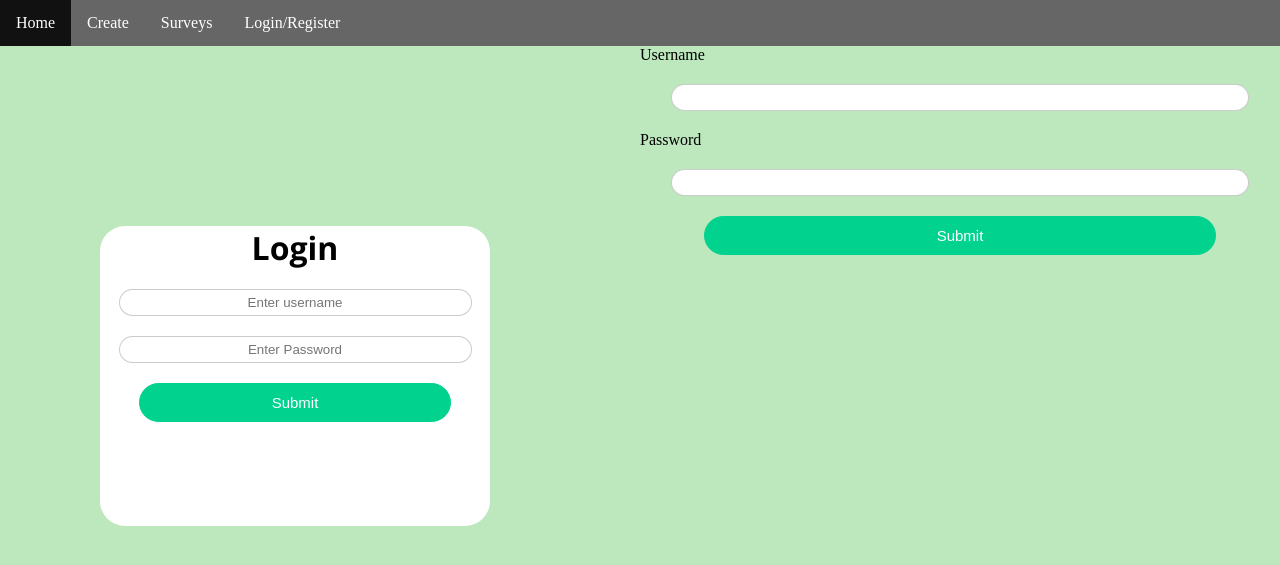
Repository: cakuang1/QuickSurveyReact
Page: /login
The author's editor kept a copy of each file at every save. The page is drawn from the files as they stood at one save, then again after the next save.
The browser window is 1280 px wide. The pictures show the whole page.
The project was rebuilt for these pictures with package versions that can differ from the ones it lists, and the page was loaded fresh each time. Also part of the build but not shown: src/pages/create.js, src/pages/home.js, src/pages/pastsurveys.js.

Above is the page before, as saved 2022-07-21 15:33:00.

After the next save:
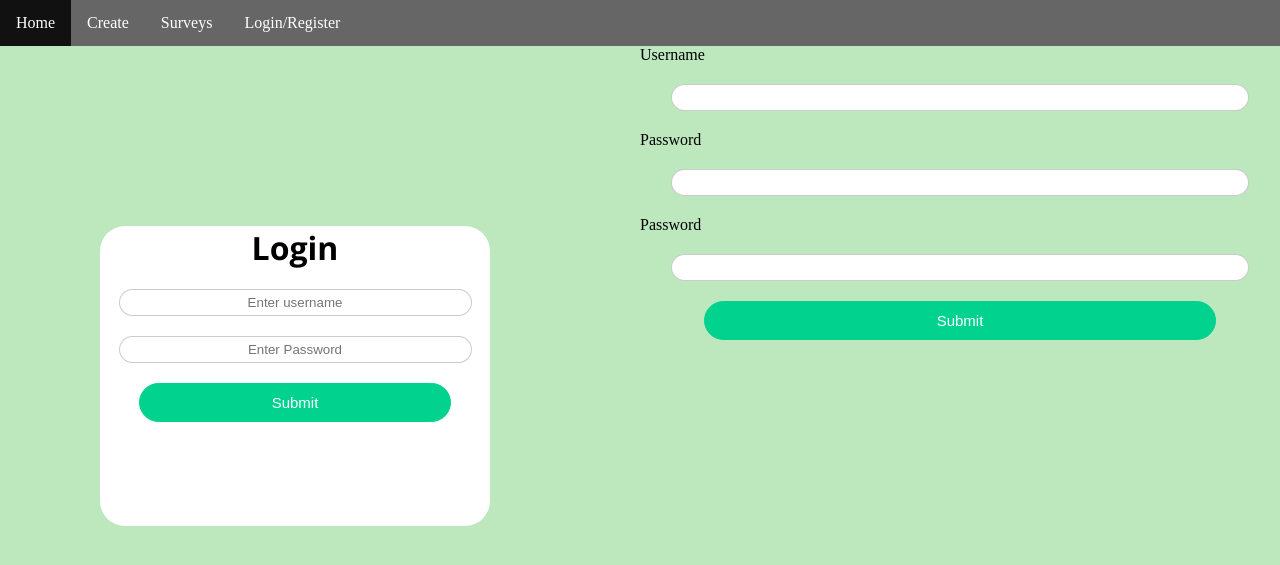
Saved 4 s later.
--- a/src/pages/login.js
+++ b/src/pages/login.js
@@ -49,7 +49,11 @@ function Registerform() {
           <input type="password" name="pass" required />
 
         </div>
+        <div className="input-container">
+          <label>Password </label>
+          <input type="password" name="pass" required />
 
+        </div>
         <div className="button-container">
           <input type="submit" />
         </div>
